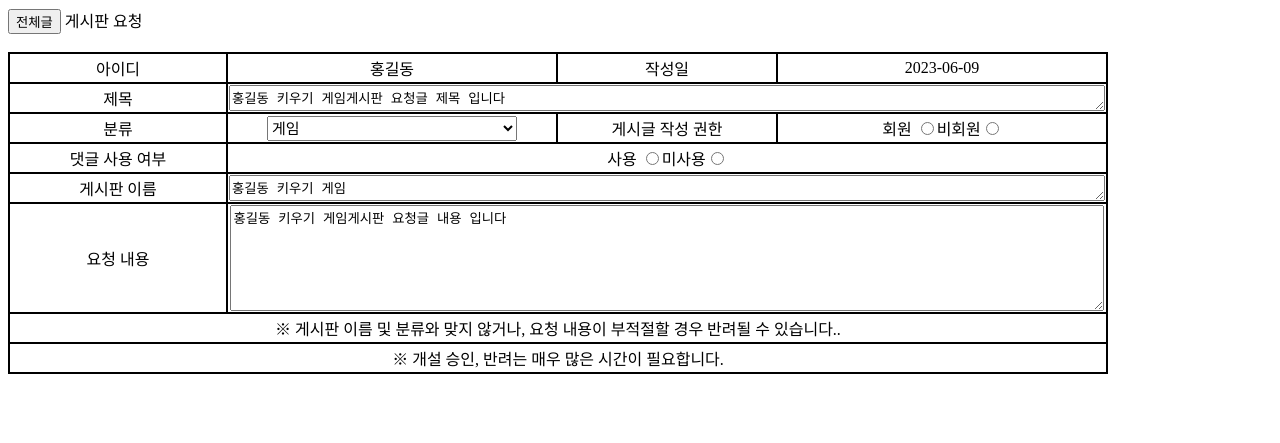
Repository: LJzero-dev/java-study
Page: http://localhost/ktbwos/bbs/request_view.jsp
These files come from the project's save history. The page is drawn as it stood at one moment and after the next save; the edit follows.
The browser window is 1280 px wide. The pictures show the whole page.
The page is served by Tomcat 9.

Above is the page before, as saved 2023-06-11 06:12:18.

After the next save:
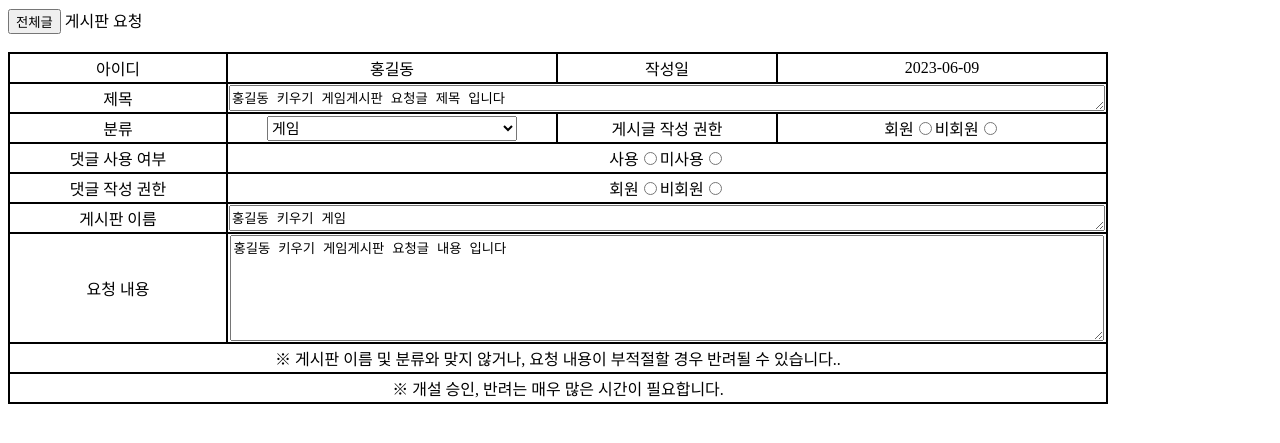
Saved 87 s later.
--- a/web/ktbwos/WebContent/bbs/request_view.jsp
+++ b/web/ktbwos/WebContent/bbs/request_view.jsp
@@ -35,19 +35,24 @@
 		</tr >
 		<tr>
 			<td>분류</td>
-				<td>
+			<td>
 				<select name="rl_ctgr" style="width:250px; height:25px; font-size:15px;">
 					<option value="a" >게임</option>
 					<option value="b" >연예</option>
 					<option value="c" >스포츠</option>
 				</select>
-				</td>
+			</td>
 			<td>게시글 작성 권한</td>
-			<td><label>회원 <input type="radio" name="rl_write" value="y" /></label><label>비회원<input type="radio" name="rl_write" value="n" /></label></td>
+			<td><label>회원<input type="radio" name="rl_write" value="y" /></label><label>비회원<input type="radio" name="rl_write" value="n" /></label></td>
 		</tr>
 		<tr>
 			<td>댓글 사용 여부</td>
-			<td colspan="3"><label>사용 <input type="radio" name="rl_reply_use" value="y" /></label><label>미사용<input type="radio" name="rl_reply_use" value="n" /></label>
+			<td colspan="3"><label>사용<input type="radio" name="rl_reply_use" value="y" /></label><label>미사용<input type="radio" name="rl_reply_use" value="n" /></label>
+            </td>
+		</tr>
+		<tr>
+			<td>댓글 작성 권한</td>
+			<td colspan="3"><label>회원<input type="radio" name="rl_reply_use" value="y" /></label><label>비회원<input type="radio" name="rl_reply_use" value="n" /></label>
             </td>
 		</tr>
 		<tr>
